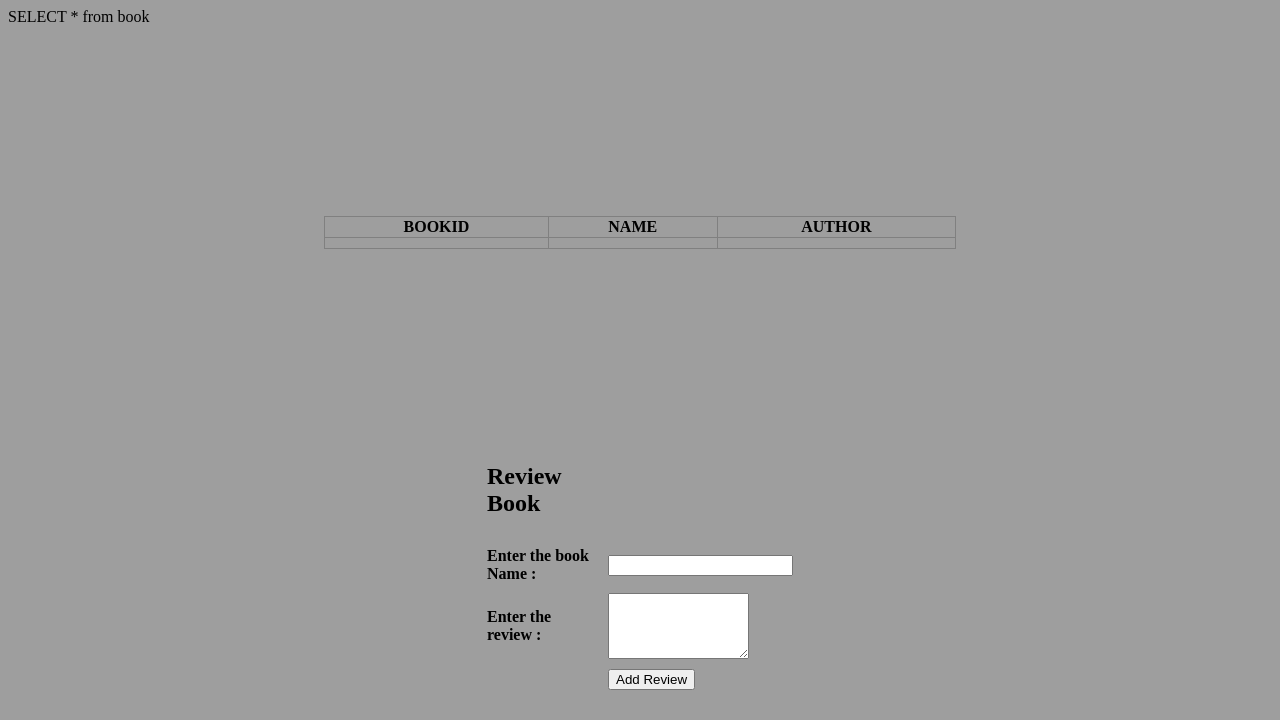
Repository: AjinkyaJadhav/New
Page: http://localhost/CYBNETJSP/InsertReview.jsp
The author's editor kept a copy of each file at every save. The page is drawn from the files as they stood at one save, then again after a run of saves.
The browser window is 1280 px wide. The pictures show the whole page.
The page is served by Tomcat 9. Queries for data that is not in the repository find no rows.

Above is the page before, as saved 2016-05-16 12:49:29.

### CYBNETJSP/WebContent/InsertReview.jsp
<%@ page language="java" contentType="text/html; charset=ISO-8859-1"
    pageEncoding="ISO-8859-1"%>

<!DOCTYPE html PUBLIC "-//W3C//DTD HTML 4.01 Transitional//EN" "http://www.w3.org/TR/html4/loose.dtd">
<html>
<head>
<meta http-equiv="Content-Type" content="text/html; charset=ISO-8859-1">
<title>Insert title here</title>
</head>
<body background="C:\Users\ajinkyaja\Desktop\wall3.jpg">
<style>
	table{

border-collapse: collapse;
margin: auto;
margin-top: 15%;

}

td{
border-collapse: collapse;
margin: auto;
margin-top: 15%;
padding: 5px;
}

</style>



<sql:setDataSource var="data" driver="com.mysql.jdbc.Driver" url="jdbc:mysql://localhost/CybageNet" user="root" password="root"/>

<sql:query var="result" dataSource="${data}">


<sql:param value="${param.sbookname}">

</sql:param>
</sql:query>

<sql:query var="result" dataSource="${data}">
		SELECT * from book
	</sql:query>

	<table border="1" width="50%">
		<tr>
			<th>BOOKID</th>
			<th>NAME</th>
			<th>AUTHOR</th>
		</tr>

		<c:forEach var="row" items="${result.rows}">
			<tr>
				<td><c:out value="${row.id}"/></td>
				<td><c:out value="${row.bookname}"/></td>
				<td><c:out value="${row.author}"/></td>
			</tr>
		</c:forEach>


	</table>

<form method='get' action='InsertReviewServlet'>


	<table style="width:25%" >

	<tr><td><h2>Review Book</h2></td></tr>

<tr>
<td> <font style="font-weight: bold;"> Enter the book Name :  </font> </td>  <td><input type='text' name='rbookname'></td>
 </tr>

 <tr>
 <td> <font style="font-weight: bold;">Enter the review : </td>  <td><textarea rows='4' cols='15' name='review'></textarea></td>
 </tr>


<tr>
<td></td>

<td >
 <input type='submit' value='Add Review'></td>
  </tr>

  </table>

 </form>
</body>
</html>

After the next 2 saves:
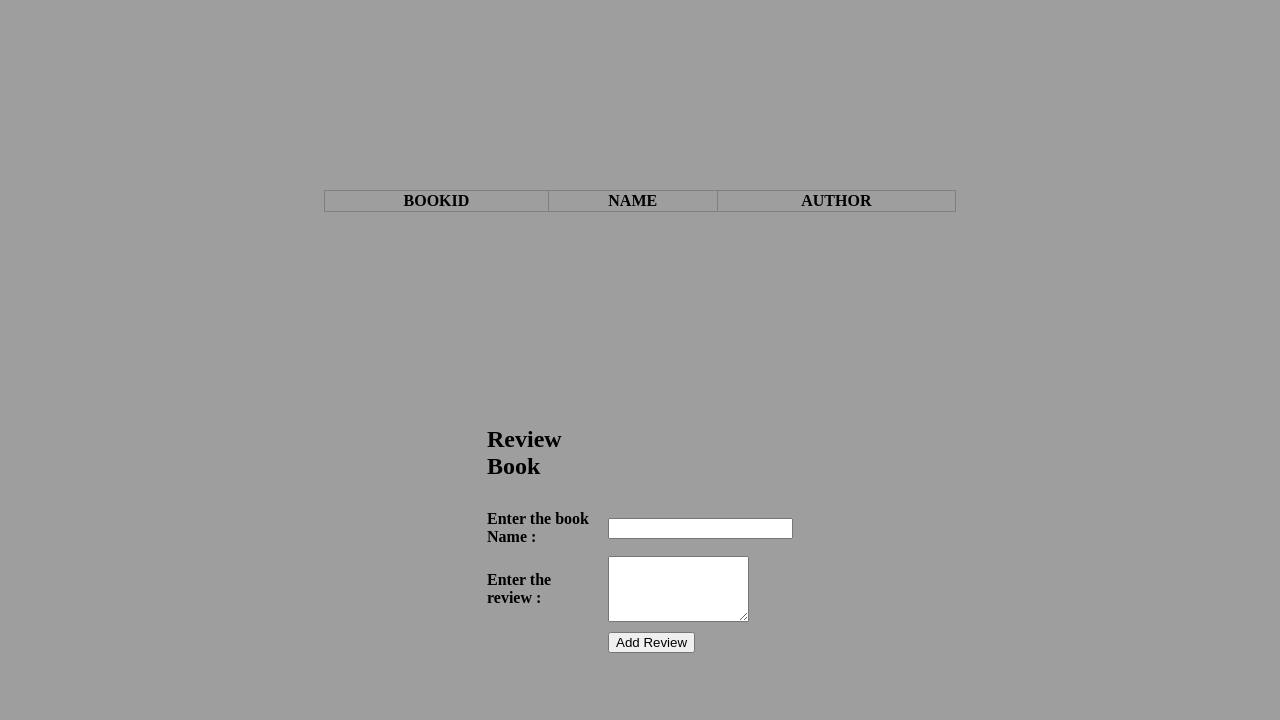
The 2 saves are shown as one change because 1 did not build or start.
The last was saved 2 min 53 s later.
--- a/CYBNETJSP/WebContent/InsertReview.jsp
+++ b/CYBNETJSP/WebContent/InsertReview.jsp
@@ -1,6 +1,7 @@
 <%@ page language="java" contentType="text/html; charset=ISO-8859-1"
     pageEncoding="ISO-8859-1"%>
-
+    <%@ taglib uri="http://java.sun.com/jsp/jstl/core" prefix="c"%>
+<%@ taglib uri="http://java.sun.com/jsp/jstl/sql" prefix="sql"%>
 <!DOCTYPE html PUBLIC "-//W3C//DTD HTML 4.01 Transitional//EN" "http://www.w3.org/TR/html4/loose.dtd">
 <html>
 <head>
@@ -30,13 +31,7 @@ padding: 5px;
 
 <sql:setDataSource var="data" driver="com.mysql.jdbc.Driver" url="jdbc:mysql://localhost/CybageNet" user="root" password="root"/>
 
-<sql:query var="result" dataSource="${data}">
 
-
-<sql:param value="${param.sbookname}">
-
-</sql:param>
-</sql:query>
 
 <sql:query var="result" dataSource="${data}">
 		SELECT * from book
